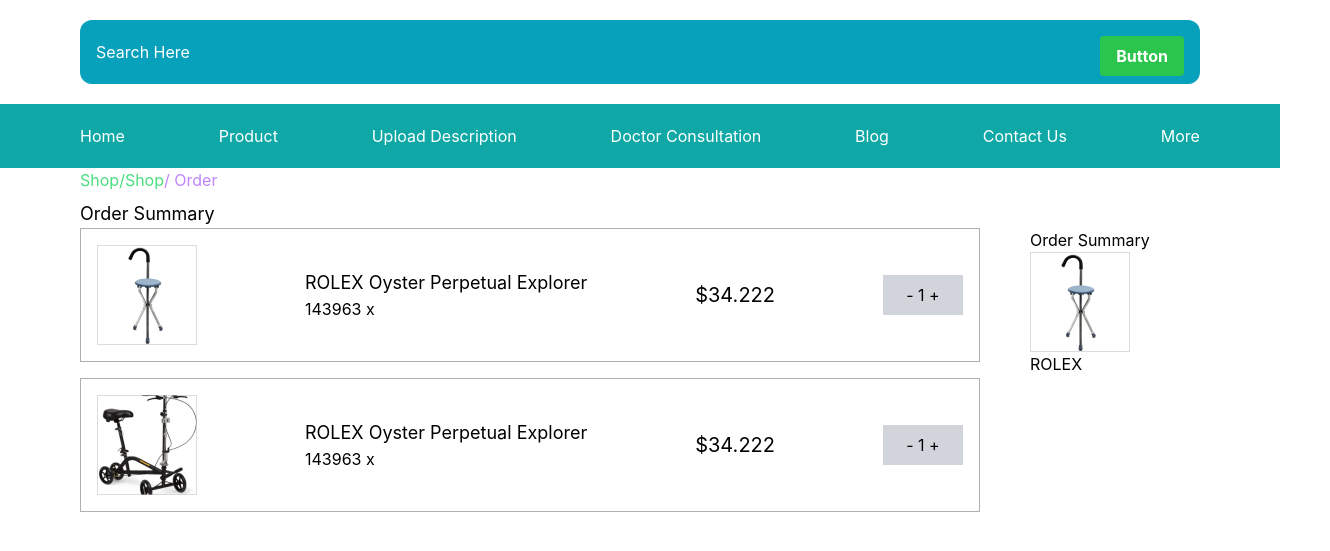
Repository: arafatmollah/pharma
Page: /
An editor plug-in stored every save of this project. The page is shown before and after a run of saves, followed by the edit.
The browser window is 1280 px wide. The page is 1330 px wide, so the pictures cover 1330 px, including what lies to the right of the window. The pictures show the whole page.
The project was rebuilt for these pictures with package versions that can differ from the ones it lists, and the page was loaded fresh each time.

Above is the page before, as saved 2023-03-12 22:07:40.

### src/App.js

import './App.css';
import Nav from './Nav';
import Order from './Order';

function App() {
  return (
    <div className="App">
      <Nav></Nav>
      <Order></Order>
    </div>
  );
}

export default App;

### src/App.css
.box-border{
    background-color: #08A1BC;
}
.btn {
    @apply font-bold py-2 px-4 rounded;
    background-color: #2BC44C;
    color: white;
  }
  .btn-blue {
    @apply bg-blue-500 text-white;
  }
  .btn-blue:hover {
    @apply bg-blue-700;
  }
.nav{
    background-color: #0FA8A6;
}
.order{
    border: 1px solid rgb(175, 175, 175);
    border: 100%;
}
.list{
  display: grid;
  grid-template-columns: 900px 300px;
  grid-gap: 50px;
}

### src/Nav.js
import React from 'react'
import './App.css';

function Nav() {
  return (
    <div>
        <div className='box-border h-16 w-100 p-4 mx-20 my-5 rounded-xl'>
          <div className='flex justify-between align-middle'>
                <p className='text-white mt-1'>Search Here</p>
                <button class="btn mb-1"> Button</button>
          </div>
        </div>
        <div className='box-border h-16 w-100 nav'>
            <div className='flex mx-20 items-center justify-between text-white'>
            <div className='mt-5'>Home</div>
            <div className='mt-5'> Product</div>
            <div className='mt-5'>Upload Description</div>
            <div className='mt-5'>Doctor Consultation</div>
            <div className='mt-5'>Blog</div>
            <div className='mt-5'>Contact Us</div>
            <div className='mt-5'>More</div>
            </div>
        </div>
    </div>
  )
}

export default Nav

### src/Order.js
import React from 'react'
import img from './images/img.png'
import im from './images/im.png'

function order() {
  return (
    <div>
        <div className='flex mx-20'>
            <p className='text-green-400'>Shop</p>
            <p className='text-green-400'>/Shop</p>
            <p className='text-purple-400'>/ Order</p>
        </div>
        <div className='mt-2 mx-20'>
          <h3 className='text-lg'>Order Summary</h3>
        </div>
        <div className='mx-20 list'>
          <div>
          <div className='flex border-box p-4 w-100 order justify-center items-center justify-between'>
            <div>
              <img src={img}></img>
            </div>
            <div>
              <h1 className='text-lg'>ROLEX Oyster Perpetual Explorer</h1>
              <p>143963 x</p>
            </div>
            <div>
              <h3 className='text-xl'>$34.222</h3>
            </div>
            <div className='bg-gray-300 h-10 w-20 flex justify-center items-center'>
                - 1 +
              </div>
          </div>
          <div className='flex border-box p-4 order mt-4 justify-between justify-center items-center'>
            <div>
              <img src={im}></img>
            </div>
            <div>
              <h1 className='text-lg'>ROLEX Oyster Perpetual Explorer</h1>
              <p>143963 x</p>
            </div>
            <div>
              <h3 className='text-xl'>$34.222</h3>
            </div>
            <div>
              <div className='bg-gray-300 h-10 w-20 flex justify-center items-center'>
                - 1 +
              </div>
            </div>
          </div>
          </div>
          <div>
            Order Summary
          <div>
            <img src={img}></img>
            <div>
              <p>ROLEX</p>
              <h3></h3>
            </div>
          </div>
        </div>
        </div>

    </div>
  )
}

export default order

Loaded but not shown: public/index.html (common file); src/index.js (common file); src/index.css (common file); src/reportWebVitals.js (common file); tailwind.config.js (common file)

After the next 3 saves:
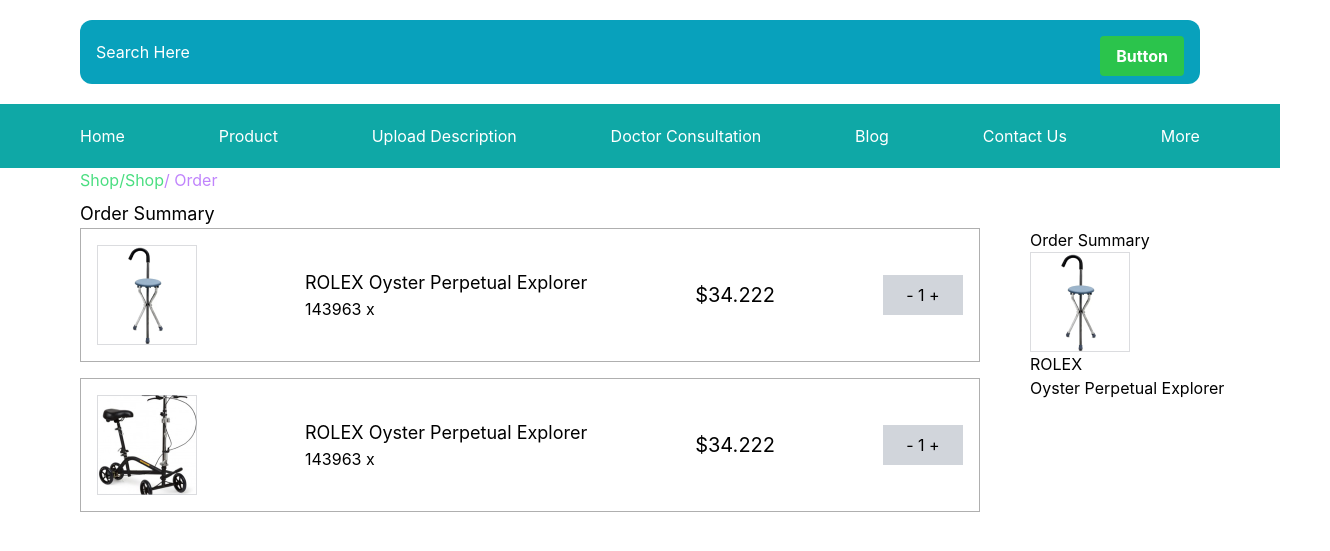
The 3 saves are shown as one change because they came seconds apart.
The last was saved 26 s later.
--- a/src/Order.js
+++ b/src/Order.js
@@ -54,7 +54,8 @@ function order() {
             <img src={img}></img>
             <div>
               <p>ROLEX</p>
-              <h3></h3>
+              <h3>Oyster Perpetual Explorer</h3>
+              <p></p>
             </div>
           </div>
         </div>
